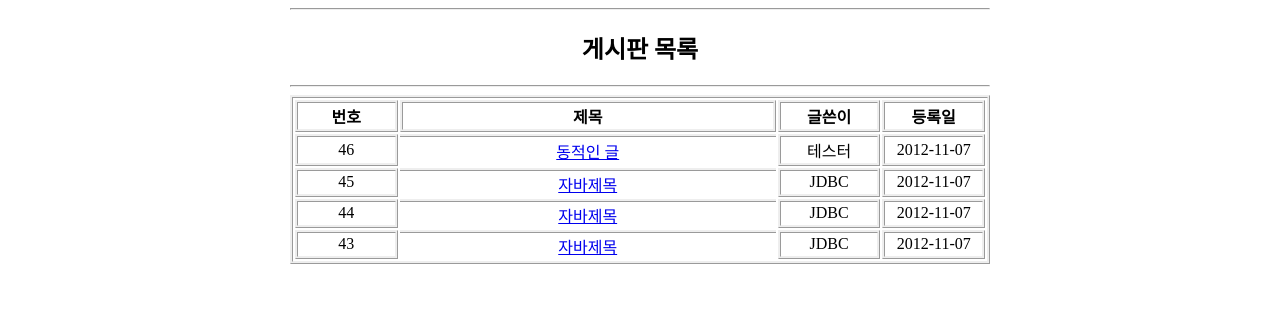
Repository: Jooheehan-kopo/web-workspace
Page: Lecture-web/WebContent/css/calc.html
These files come from the project's save history. The page is drawn as it stood at one moment and after the next save; the edit follows.
The browser window is 1280 px wide. The pictures show the whole page.

Above is the page before, as saved 2021-06-11 06:02:32.

After the next save:
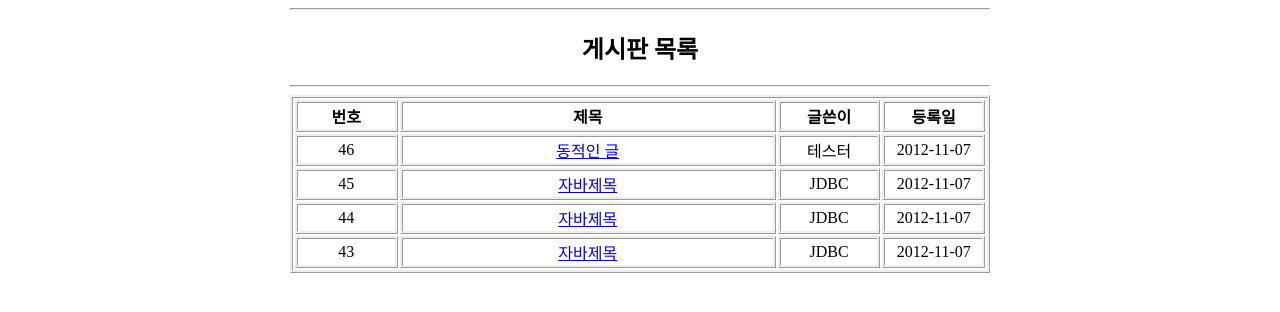
Saved 27 s later.
--- a/Lecture-web/WebContent/css/calc.html
+++ b/Lecture-web/WebContent/css/calc.html
@@ -71,28 +71,28 @@ table {
 
 		<tr>
 			<td>46</td>
-			<td id="title"><a href="detailBoard.html">동적인 글 </a></td>
+			<td id="tt"><a href="detailBoard.html">동적인 글 </a></td>
 			<td>테스터</td>
 			<td>2012-11-07</td>
 		</tr>
 
 		<tr>
 			<td>45</td>
-			<td id="title"><a href="detailBoard.html">자바제목 </a></td>
+			<td id="tt"><a href="detailBoard.html">자바제목 </a></td>
 			<td>JDBC</td>
 			<td>2012-11-07</td>
 		</tr>
 
 		<tr>
 			<td>44</td>
-			<td id="title"><a href="detailBoard.html">자바제목 </a></td>
+			<td id="tt"><a href="detailBoard.html">자바제목 </a></td>
 			<td>JDBC</td>
 			<td>2012-11-07</td>
 		</tr>
 
 		<tr>
 			<td>43</td>
-			<td id="title"><a href="detailBoard.html">자바제목 </a></td>
+			<td id="tt"><a href="detailBoard.html">자바제목 </a></td>
 			<td>JDBC</td>
 			<td>2012-11-07</td>
 		</tr>
